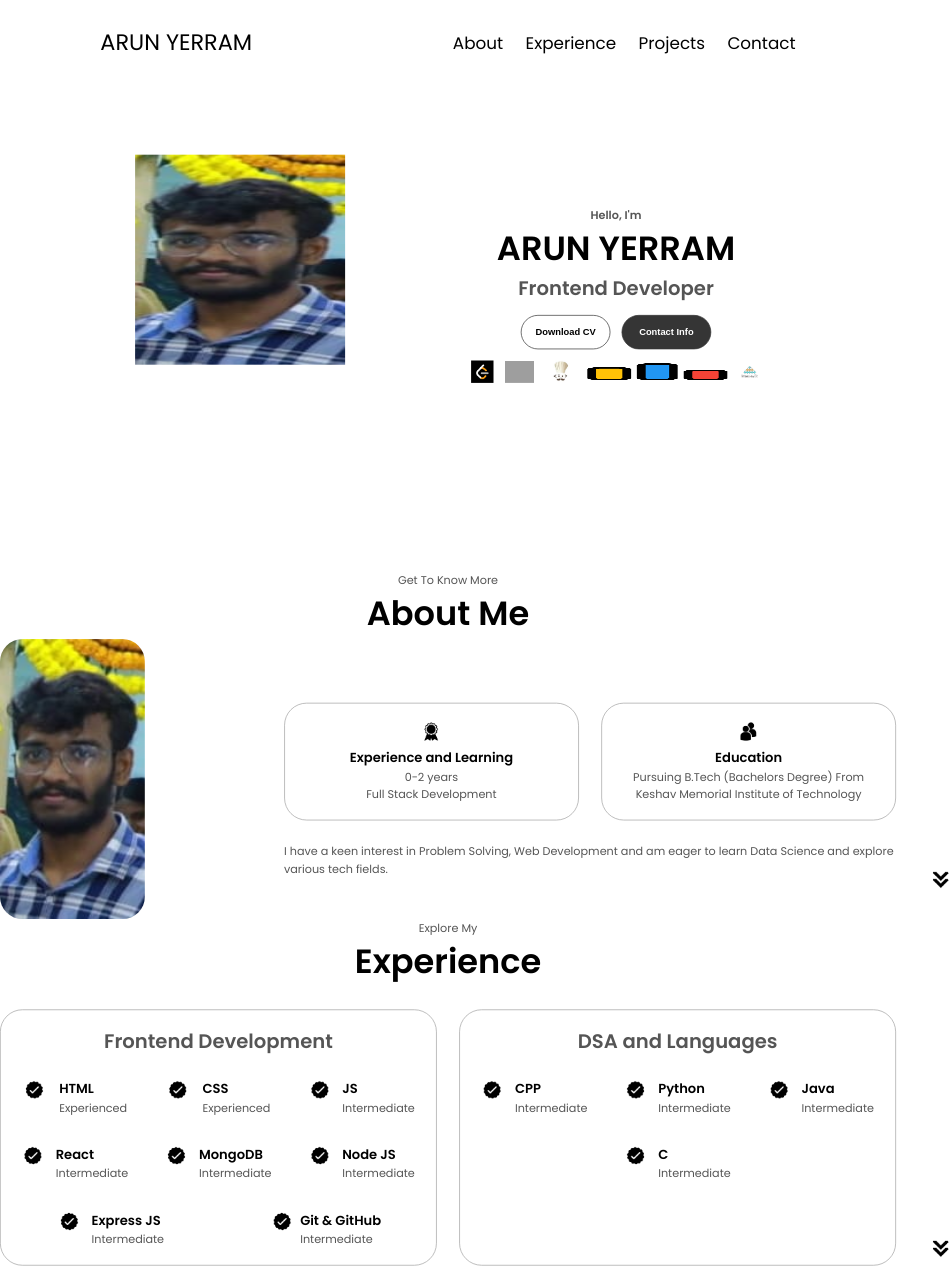
Repository: ARUN-YERRAM/ARUN-YERRAM-PORTFOLIO
Page: portfolio/index.html
An editor plug-in stored every save of this project. The page is shown before and after a run of saves, followed by the edit.
The browser window is 1280 px wide. The page is 1360 px wide, so the pictures cover 1360 px, including what lies to the right of the window. The pictures show the part of the page from y = 0 to 1840 px (the page is 3129 px tall), at 70% of full size.
Pictures or frames that could not be fetched are drawn as grey boxes.

Above is the page before, as saved 2024-07-07 04:42:29.

After the next 3 saves:
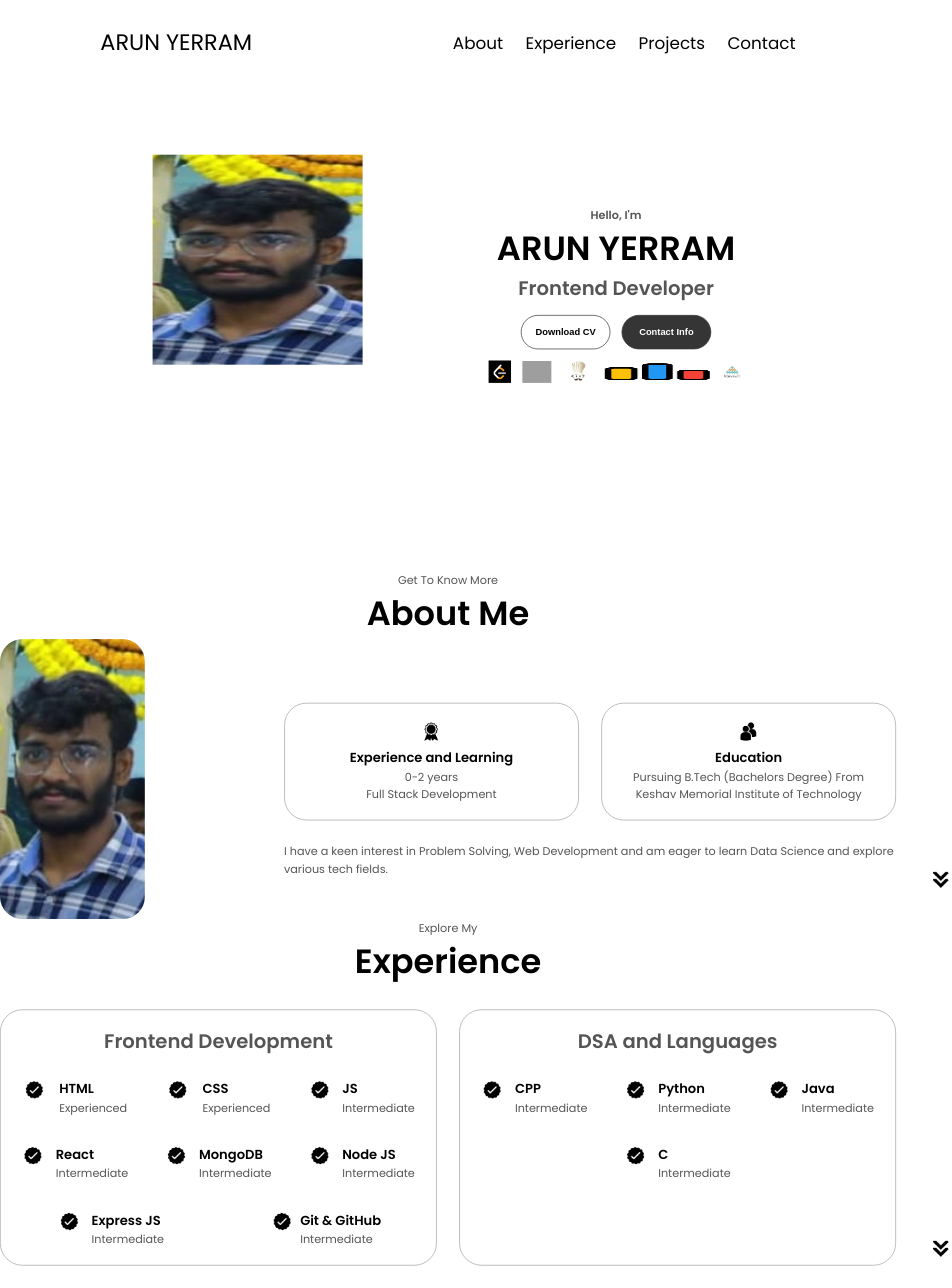
The 3 saves are shown as one change because they came seconds apart.
The last was saved 8 s later.
--- a/portfolio/index.html
+++ b/portfolio/index.html
@@ -52,7 +52,7 @@
         <img src="./assets/leetcode.png" alt="My Leetcode profile" class="icon" onclick="window.open('https://leetcode.com/u/arun_2005/', '_blank')" />
         <img src="./assets/GFG.jpeg" alt="My GFG profile" class="icon" onclick="window.open('https://www.geeksforgeeks.org/user/arunyerram/?utm_source=geeksforgeeks&utm_medium=my_profile&utm_campaign=auth_user', '_blank')" />
         <img src="./assets/CodeChef.jpeg" alt="My CodeChef profile" class="icon" onclick="window.open('https://www.codechef.com/users/yarun2k05', '_blank')" />
-        <img src="./assets/Codeforces.png" alt="My CodeForces profile" class="icon" width="200px"onclick="window.open('https://codeforces.com/profile/Arunyerram_12', '_blank')" />
+        <img src="./assets/Codeforces.png" alt="My CodeForces profile" class="icon" width="150px"onclick="window.open('https://codeforces.com/profile/Arunyerram_12', '_blank')" />
         <img src="./assets/IB.png" alt="My InterviewBit profile" class="icon" onclick="window.open('https://www.interviewbit.com/profile/yerram-arun/', '_blank')" />
       </div>
     </div>
